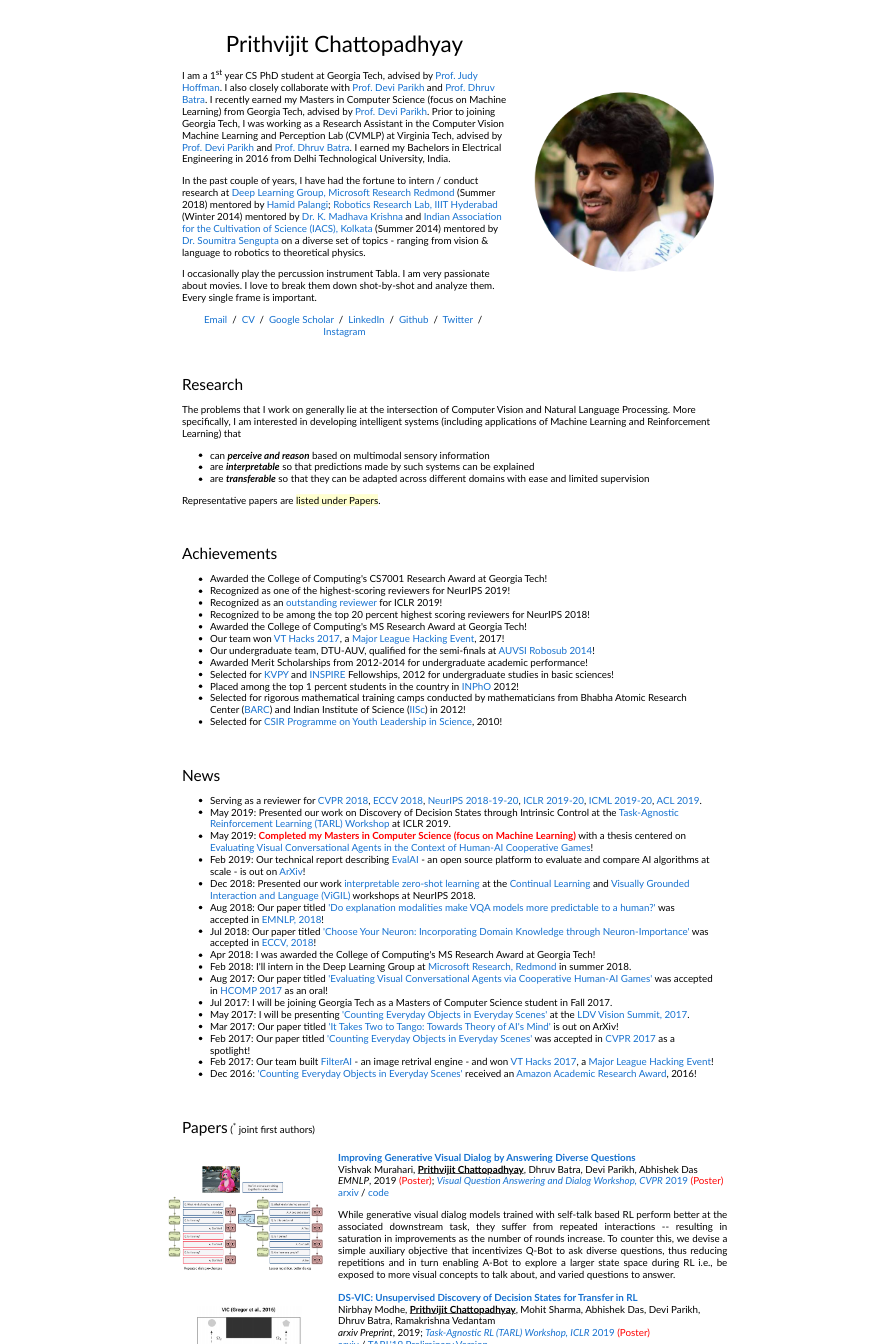
Repository: prithv1/prithv1.github.io
Page: index.html
An editor plug-in stored every save of this project. The page is shown before and after the next save, followed by the edit.
The browser window is 1280 px wide. The pictures show the part of the page from y = 0 to 1920 px (the page is 3465 px tall), at 70% of full size.

Above is the page before, as saved 2020-05-01 22:39:11.

After the next save:
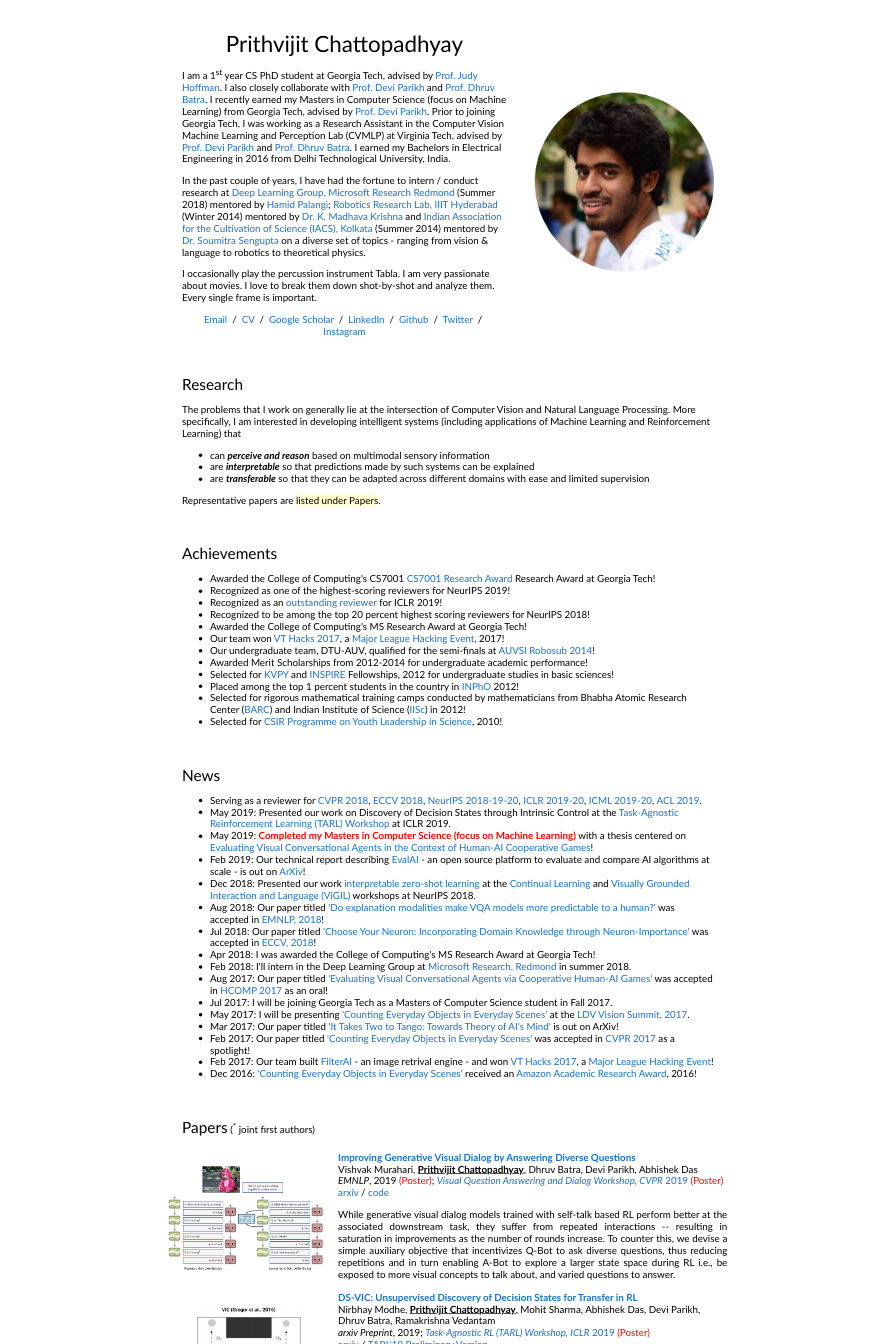
Saved 48 s later.
--- a/index.html
+++ b/index.html
@@ -94,7 +94,7 @@
             <td>
               <heading>Achievements</heading>
               <ul>
-                <li>Awarded the College of Computing's CS7001 Research Award at Georgia Tech!</li>
+                <li>Awarded the College of Computing's CS7001 <a href="https://iclr.cc/Conferences/2019/Awards">CS7001 Research Award</a> Research Award at Georgia Tech!</li>
                 <li>Recognized as one of the highest-scoring reviewers for NeurIPS 2019!</li>
                 <li>Recognized as an <a href="https://iclr.cc/Conferences/2019/Awards">outstanding reviewer</a> for ICLR 2019!</li>
                 <li>Recognized to be among the top 20 percent highest scoring reviewers for NeurIPS 2018!</li>
